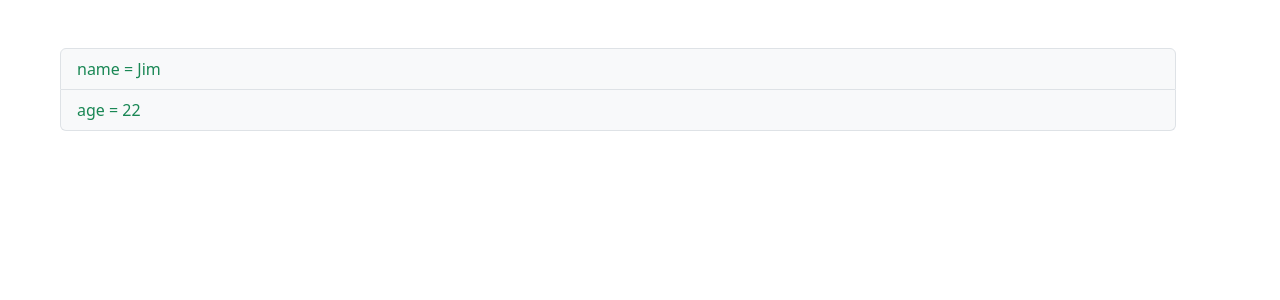
Repository: tomaters/servlets-JSP
Page: http://localhost/jsptest/implicit/appex.jsp
An editor plug-in stored every save of this project. The page is shown before and after the next save, followed by the edit.
The browser window is 1280 px wide. The pictures show the whole page.
The page is served by Tomcat 10.

Above is the page before, as saved 2023-12-01 02:40:41.

After the next save:
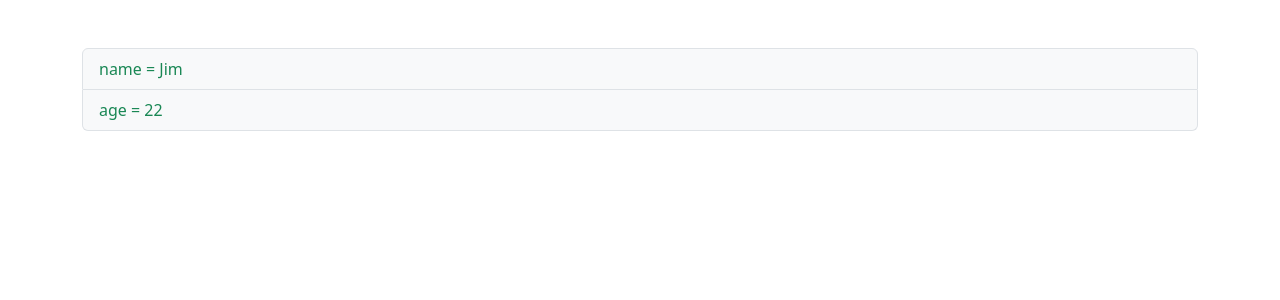
Saved 10 s later.
--- a/jsptest/src/main/webapp/implicit/appex.jsp
+++ b/jsptest/src/main/webapp/implicit/appex.jsp
@@ -17,7 +17,7 @@
 <script src="https://cdn.jsdelivr.net/npm/bootstrap@5.3.2/dist/js/bootstrap.bundle.min.js"></script>
 </head>
 <body>
-<div class="container m-5">
+<div class="container m-5 mx-auto">
 	<ul class="list-group">
 		<%
 		while(enumerationDataList.hasMoreElements()) {
